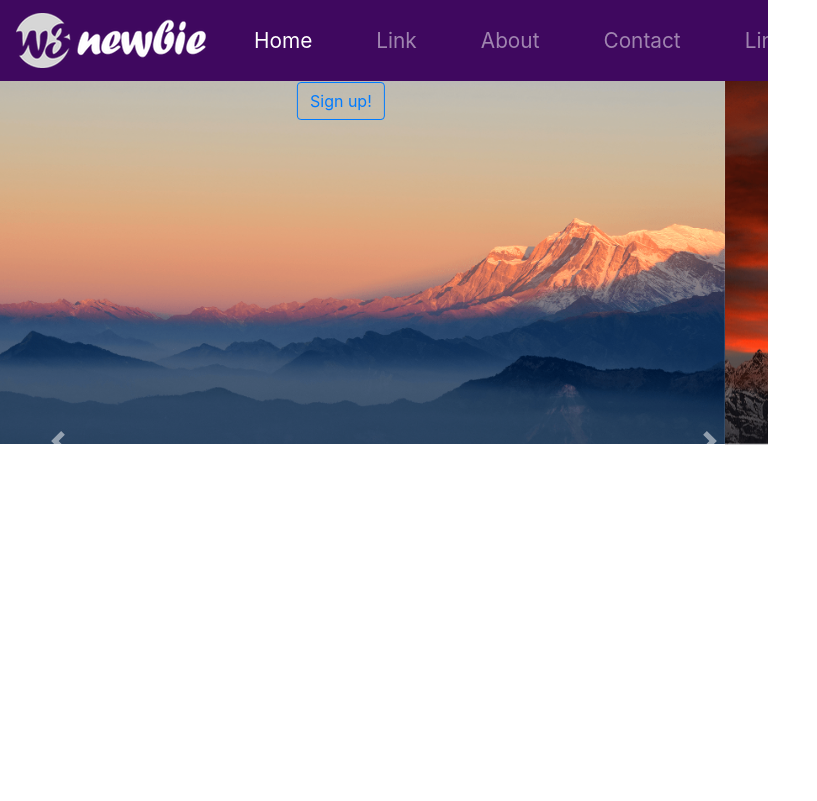
Repository: Mietlicha/bootstrap-project
Page: Bootstrap Website Files/index.html
An editor plug-in stored every save of this project. The page is shown before and after the next save, followed by the edit.
The browser window is 768 px wide. The page is 817 px wide, so the pictures cover 817 px, including what lies to the right of the window. The pictures show the whole page.

Above is the page before, as saved 2019-10-28 22:06:48.

### Bootstrap Website Files/index.html
<!DOCTYPE html>
<html lang="en">

<head>
  <title>Bootstrap Website Tutorial</title>
  <meta charset="utf-8">
  <meta name="viewport" content="width=device-width, initial-scale=1">
  <link rel="stylesheet" href="https://stackpath.bootstrapcdn.com/bootstrap/4.3.1/css/bootstrap.min.css"
    integrity="sha384-ggOyR0iXCbMQv3Xipma34MD+dH/1fQ784/j6cY/iJTQUOhcWr7x9JvoRxT2MZw1T" crossorigin="anonymous">
  <link rel="stylesheet" href="https://cdnjs.cloudflare.com/ajax/libs/font-awesome/4.7.0/css/font-awesome.min.css">
  <link rel="stylesheet" href="..//style.css">
</head>

<body>
  <!--Navbar-->
  <nav class="navbar navbar-expand-md navbar-dark bg-violet">
    <a class="navbar-brand" href="#"><img src="img/w3newbie.png" alt="logo"></a>
    <button class="navbar-toggler" type="button" data-toggle="collapse" data-target="#navbarSupportedContent"
      aria-controls="navbarSupportedContent" aria-expanded="false" aria-label="Toggle navigation">
      <span class="navbar-toggler-icon"></span>
    </button>

    <div class="collapse navbar-collapse" id="navbarSupportedContent">
      <ul class="navbar-nav ml-auto">
        <li class="nav-item active">
          <a class="nav-link" href="#">Home <span class="sr-only">(current)</span></a>
        </li>
        <li class="nav-item">
          <a class="nav-link" href="#">Link</a>
        </li>
        <li class="nav-item">
          <a class="nav-link" href="#">About</a>
        </li>
        <li class="nav-item">
          <a class="nav-link" href="#">Contact</a>
        </li>
        <li class="nav-item">
          <a class="nav-link" href="#">Link</a>
        </li>
      </ul>
    </div>
  </nav>

   <!--Slider-->
   <div id="carouselExampleIndicators" class="carousel slide" data-ride="carousel">
      <ol class="carousel-indicators">
        <li data-target="#carouselExampleIndicators" data-slide-to="0" class="active"></li>
        <li data-target="#carouselExampleIndicators" data-slide-to="1"></li>
        <li data-target="#carouselExampleIndicators" data-slide-to="2"></li>
      </ol>
      <div class="carousel-inner">
        <div class="carousel-item active">
          <img src="img/mountains.png" class="d-block w-100 d-relative" alt="mountains">
          <div class="carousel-caption d-absolute">
              <h1 class="display-4">First slide label</h1>
              <p>Nulla vitae elit libero, a pharetra</p>
              <button type="button" class="btn btn-outline-primary mb-5">Sign up!</button>
          </div>
        </div>
        <div class="carousel-item">
          <img src="img/red.png" class="d-block w-100" alt="dusk at mountains">
        </div>
        <div class="carousel-item">
          <img src="img/snow.png" class="d-block w-100" alt="snowy mountains">
        </div>
      </div>
      <a class="carousel-control-prev" href="#carouselExampleIndicators" role="button" data-slide="prev">
        <span class="carousel-control-prev-icon" aria-hidden="true"></span>
        <span class="sr-only">Previous</span>
      </a>
      <a class="carousel-control-next" href="#carouselExampleIndicators" role="button" data-slide="next">
        <span class="carousel-control-next-icon" aria-hidden="true"></span>
        <span class="sr-only">Next</span>
      </a>
    </div>

  <script src="https://code.jquery.com/jquery-3.3.1.slim.min.js"
    integrity="sha384-q8i/X+965DzO0rT7abK41JStQIAqVgRVzpbzo5smXKp4YfRvH+8abtTE1Pi6jizo"
    crossorigin="anonymous"></script>
  <script src="https://cdnjs.cloudflare.com/ajax/libs/popper.js/1.14.7/umd/popper.min.js"
    integrity="sha384-UO2eT0CpHqdSJQ6hJty5KVphtPhzWj9WO1clHTMGa3JDZwrnQq4sF86dIHNDz0W1"
    crossorigin="anonymous"></script>
  <script src="https://stackpath.bootstrapcdn.com/bootstrap/4.3.1/js/bootstrap.min.js"
    integrity="sha384-JjSmVgyd0p3pXB1rRibZUAYoIIy6OrQ6VrjIEaFf/nJGzIxFDsf4x0xIM+B07jRM"
    crossorigin="anonymous"></script>
</body>

</html>

### style.css
*{
    box-sizing: border-box;
}

body{
    margin: 0;
    padding: 0;
}

/*Navbar*/
.bg-violet{
    background-color: rgb(63, 8, 95);
}

.nav-item{
    padding: 0 1.5rem;
    font-size: 1.3rem;
}

.navbar-dark .navbar-nav .nav-link:hover {
    color: rgb(255,255,255);
}

/*Slider*/

.carousel-item{
    width: 100%;
    height: 90vh;
}
.carousel-indicators > li {
    width: 10px;
    height: 10px;
    border-radius: 50%;
  }

  .position-carusel-caption{
    position: relative;
  }

.carousel-caption{
    position: absolute;
    /* top: 50%;
    left: 50%;
    background-color: #fff; */
    top: 50%;
    transform: translateY(-50%);
    /* bottom: initial; */
}

@media(max-width:768px){
    .carousel-caption{
        top: 20%;
        transform: translateY(-50%);
    }
}

After the next save:
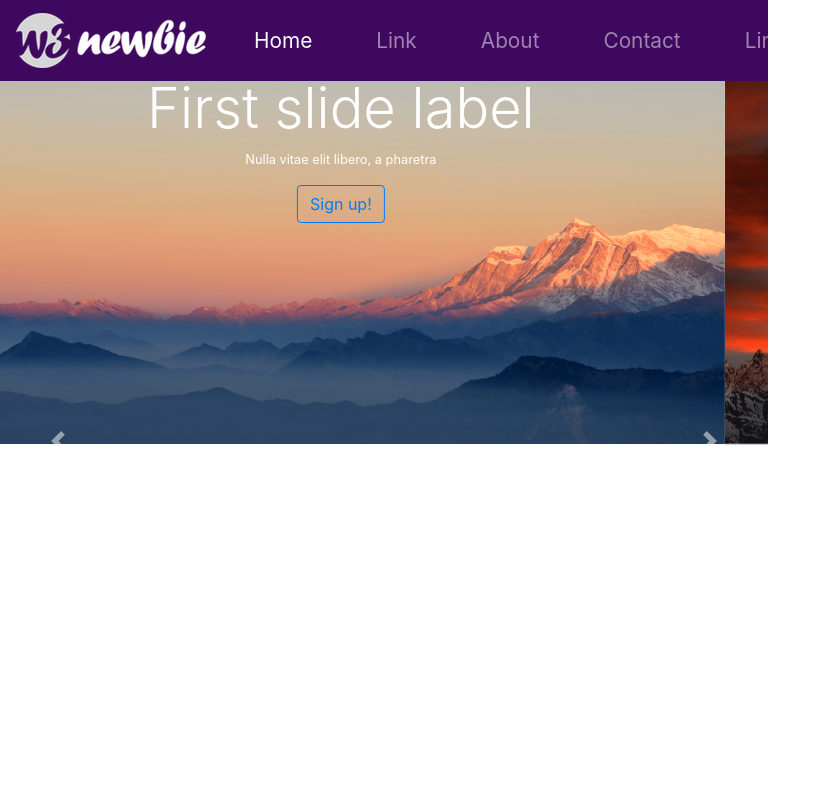
Saved 54 s later.
--- a/style.css
+++ b/style.css
@@ -49,7 +49,8 @@
 
 @media(max-width:768px){
     .carousel-caption{
-        top: 20%;
+        top: 30%;
         transform: translateY(-50%);
+        font-size: 0.8rem;
     }
 }
